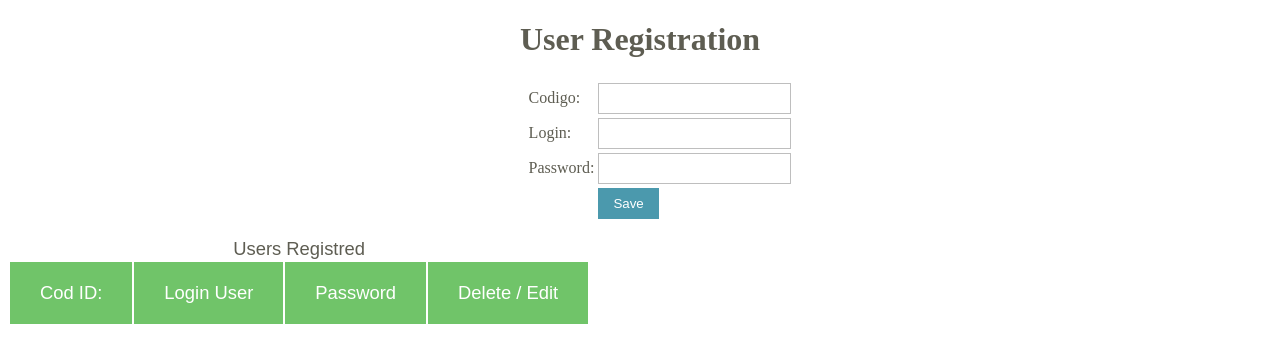
Repository: ViniciusBeletella/project-jsp
Page: http://localhost/project-jsp/userRegistration.jsp
An editor plug-in stored every save of this project. The page is shown before and after the next save, followed by the edit.
The browser window is 1280 px wide. The pictures show the whole page.
The page is served by Tomcat 9. Other server files are loaded and not shown.

Above is the page before, as saved 2019-12-20 22:50:41.

### project-jsp/WebContent/userRegistration.jsp
<%@ page language="java" contentType="text/html; charset=UTF-8"
	pageEncoding="UTF-8"%>
<%@ taglib uri="http://java.sun.com/jsp/jstl/core" prefix="c"%>
<!DOCTYPE html>
<html>
<head>
<meta charset="UTF-8">
<title>User Registration</title>
<link rel="stylesheet" href="resources/css/registration.css">
</head>
<body>

	<center>
		<h1>User Registration</h1>
	</center>
	</tr>
	<tr></tr>
	<tr>
		<center>
			<form action="saveUser" method="post">
				<ul class="form-style-1">
					<li>
						<table>
							<tr>
								<td>Codigo:</td>
								<td><input type="text" readonly="readonly" id="id"
									name="id" value="${user.id}"></td>
							</tr>
							<tr>
								<td>Login:</td>
								<td><input type="text" id="login" name="login"
									value="${user.login}"></td>
							</tr>

							<tr>
								<td>Password:</td>
								<td><input type="password" id="password" name="password"
									value="${user.password}"></td>
							</tr>
							<tr>
								<td></td>
								<td><input type="submit" value="Save"></td>
							</tr>
						</table>
					</li>
				</ul>
			</form>
		</center>

			<table class="flat-table">
<ul class="form-style-1">
				<caption>Users Registred</caption>
				<tr>
				<th>Cod ID:</th>
				<th>Login User</th>
				<th>Password</th>
				<th>Delete / Edit</th>
			</tr>
			<c:forEach items="${users}" var="userL">
				<tr>
					<td style="width: 150px"><c:out value="${userL.id}"></c:out></td>
					<td style="width: 150px"><c:out value="${userL.login}"></c:out></td>
					<td style="width: 150px"><c:out value="${userL.password}"></c:out></td>
					<td><c:out value="${user.password}"></c:out></td>
					<td><a href="saveUser?acao=delete&user=${userL.login}">Delete</a>
					</td>
					<td><a href="saveUser?acao=edit&user=${userL.login}">Edit</a></td>

				</tr>

			</c:forEach>
			<ul class="form-style-1">
		</table>


</body>
</html>

### project-jsp/WebContent/resources/css/registration.css

<style type="text/css">
.form-style-1 {
	margin:10px auto;
	max-width: 400px;
	text-align:center;
	padding: 20px 12px 10px 20px;
	font: 13px "Lucida Sans Unicode", "Lucida Grande", sans-serif;
}
.form-style-1 li {
	padding: 0;
	display: block;
	list-style: none;
	margin: 10px 0 0 0;
}
.form-style-1 label{
	margin:0 0 3px 0;
	padding:0px;
	text-align:center;
	display:block;
	font-weight: bold;
}
.form-style-1 input[type=text],
.form-style-1 input[type=password],
.form-style-1 input[type=date],
.form-style-1 input[type=datetime],
.form-style-1 input[type=number],
.form-style-1 input[type=search],
.form-style-1 input[type=time],
.form-style-1 input[type=url],
.form-style-1 input[type=email],
textarea,
select{
	box-sizing: border-box;
	-webkit-box-sizing: border-box;
	-moz-box-sizing: border-box;
	border:1px solid #BEBEBE;
	padding: 7px;
	margin:0px;
	-webkit-transition: all 0.30s ease-in-out;
	-moz-transition: all 0.30s ease-in-out;
	-ms-transition: all 0.30s ease-in-out;
	-o-transition: all 0.30s ease-in-out;
	outline: none;
}
.form-style-1 input[type=text]:focus,
.form-style-1 input[type=password]:focus,
.form-style-1 input[type=date]:focus,
.form-style-1 input[type=datetime]:focus,
.form-style-1 input[type=number]:focus,
.form-style-1 input[type=search]:focus,
.form-style-1 input[type=time]:focus,
.form-style-1 input[type=url]:focus,
.form-style-1 input[type=email]:focus,
.form-style-1 textarea:focus,
.form-style-1 select:focus{
	-moz-box-shadow: 0 0 8px #88D5E9;
	-webkit-box-shadow: 0 0 8px #88D5E9;
	box-shadow: 0 0 8px #88D5E9;
	border: 1px solid #88D5E9;
}
.form-style-1 .field-divided{
	width: 49%;
}

.form-style-1 .field-long{
	width: 100%;
}
.form-style-1 .field-select{
	width: 100%;
}
.form-style-1 .field-textarea{
	height: 100px;
}
.form-style-1 input[type=submit], .form-style-1 input[type=button]{
	background: #4B99AD;
	padding: 8px 15px 8px 15px;
	border: none;
	color: #fff;
}
.form-style-1 input[type=submit]:hover, .form-style-1 input[type=button]:hover{
	background: #4691A4;
	box-shadow:none;
	-moz-box-shadow:none;
	-webkit-box-shadow:none;
}
.form-style-1 .required{
	color:red;
}
$bp-maggie: 15em;
$bp-lisa: 30em;
$bp-bart: 48em;
$bp-marge: 62em;
$bp-homer: 75em;


* {
 @include box-sizing(border-box);

 &:before,
 &:after {
   @include box-sizing(border-box);
 }
}

body {
  font-family: $helvetica;
  color: rgba(94,93,82,1);
}

a {
  color: rgba(51,122,168,1);

  &:hover,
  &:focus {
    color: rgba(75,138,178,1);
  }
}






.flat-table {
  display: block;
  font-family: sans-serif;
  margin-left: auto;
  margin-right: auto;
  -webkit-font-smoothing: antialiased;
  font-size: 115%;
  overflow: auto;
  width: auto;

  th {
    background-color: rgb(112, 196, 105);
    color: white;
    font-weight: normal;
    padding: 20px 30px;
    text-align: center;
  }
  td {
    background-color: rgb(238, 238, 238);
    color: rgb(111, 111, 111);
    padding: 20px 30px;
  }
}
}

After the next save:
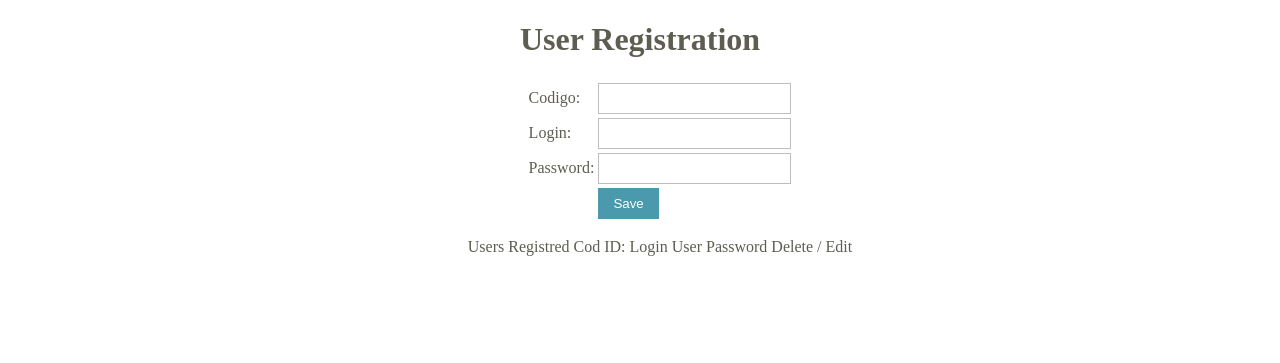
Saved 69 s later.
--- a/project-jsp/WebContent/userRegistration.jsp
+++ b/project-jsp/WebContent/userRegistration.jsp
@@ -47,8 +47,10 @@
 			</form>
 		</center>
 
-			<table class="flat-table">
-<ul class="form-style-1">
+			<center>
+			<form action="saveUser" method="post">
+				<ul class="form-style-1">
+					<li>
 				<caption>Users Registred</caption>
 				<tr>
 				<th>Cod ID:</th>
@@ -69,8 +71,9 @@
 				</tr>
 
 			</c:forEach>
-			<ul class="form-style-1">
-		</table>
+	</li>
+	</ul>
+	</form>
 
 
 </body>

After the save that followed:
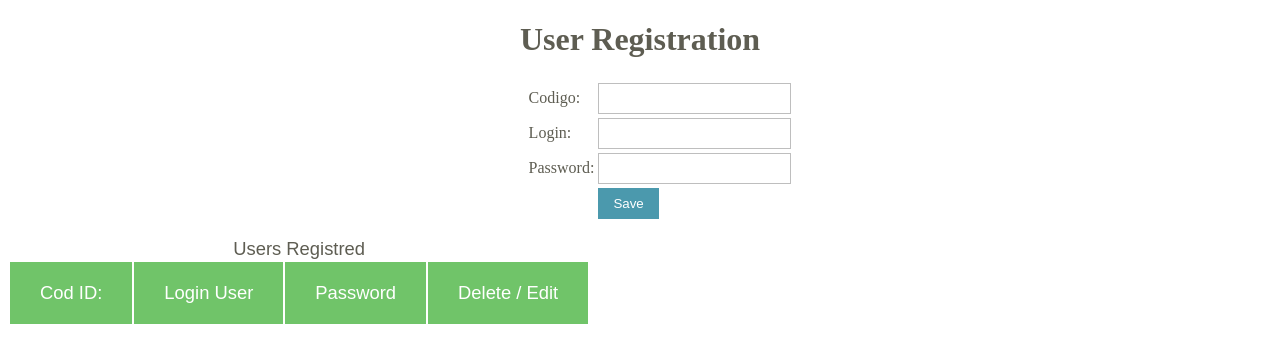
Saved 61 s later.
--- a/project-jsp/WebContent/userRegistration.jsp
+++ b/project-jsp/WebContent/userRegistration.jsp
@@ -47,10 +47,7 @@
 			</form>
 		</center>
 
-			<center>
-			<form action="saveUser" method="post">
-				<ul class="form-style-1">
-					<li>
+			<table class="flat-table">
 				<caption>Users Registred</caption>
 				<tr>
 				<th>Cod ID:</th>
@@ -71,9 +68,7 @@
 				</tr>
 
 			</c:forEach>
-	</li>
-	</ul>
-	</form>
+		</table>
 
 
 </body>
